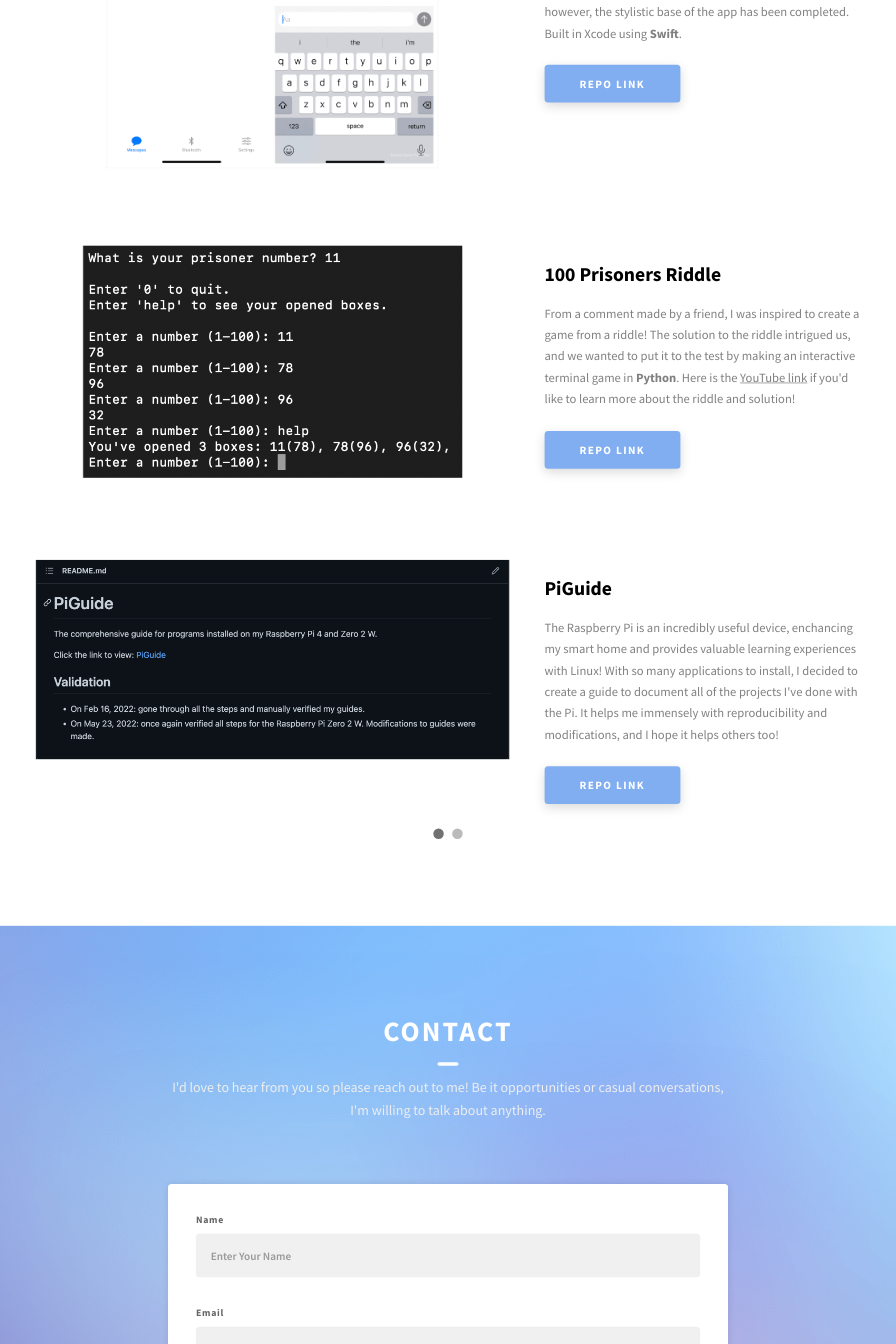
Repository: justinknguyen/Personal-Portfolio
Page: index.html
The author's editor kept a copy of each file at every save. The page is drawn from the files as they stood at one save, then again after the next save.
The browser window is 1280 px wide. The pictures show the part of the page from y = 3081 to 5001 px (the page is 6076 px tall), at 70% of full size.
The style sheet was rebuilt from its Sass, Less or Tailwind sources for each picture, by a compiler version that may differ from the author's.

Above is the page before, as saved 2022-09-09 22:05:32.

After the next save:
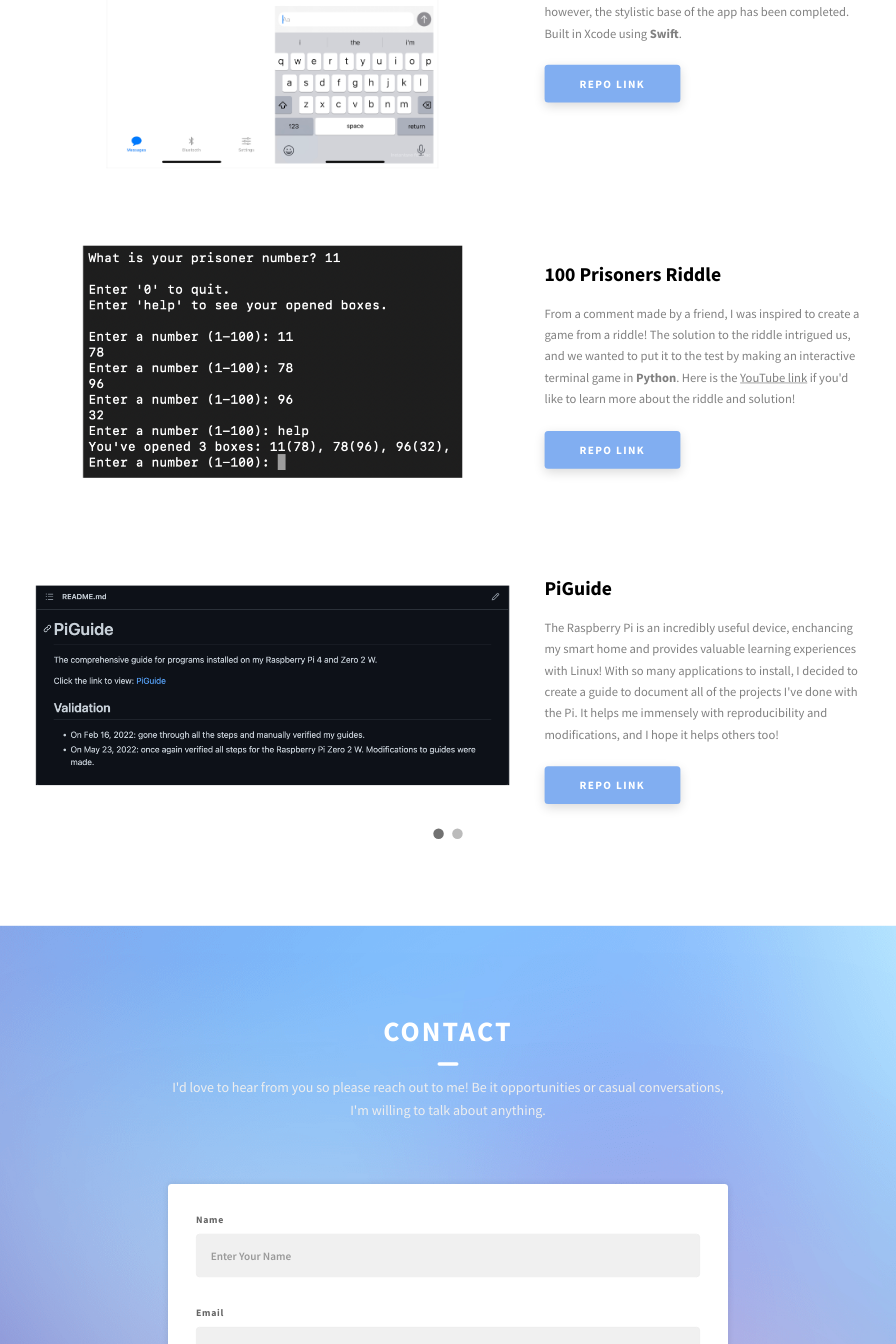
Saved 16 s later.
--- a/index.html
+++ b/index.html
@@ -317,7 +317,7 @@
                     alt="Software Screenshot"
                     class="projects__row-img"
                     loading="lazy"
-                    style="width: 100%; position: relative; left: 50%; transform: translateX(-50%);"
+                    style="width: 100%; position: relative; left: 50%; top: 10%; transform: translateX(-50%);"
                   />
                 </div>
                 <div class="projects__row-content">
